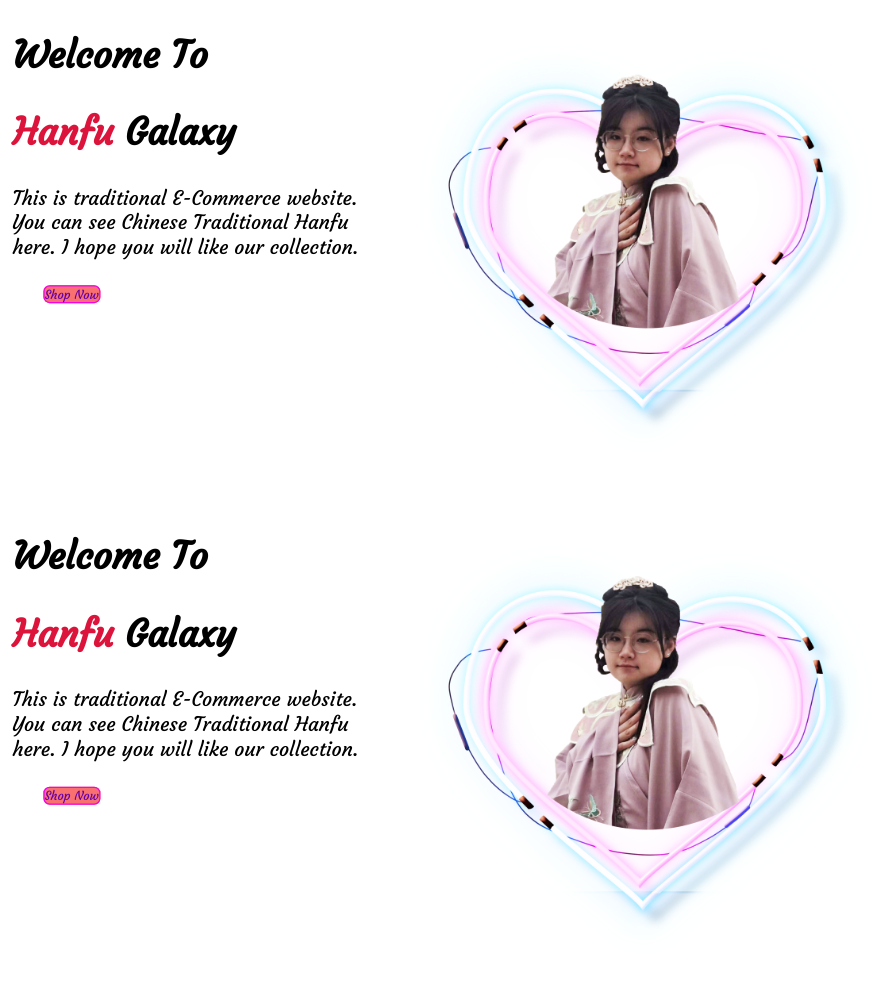
Repository: ramizraaz/E-Commerce
Page: index.html
These files come from the project's save history. The page is drawn as it stood at one moment and after the next save; the edit follows.
The browser window is 1280 px wide. The page is 1440 px wide, so the pictures cover 1440 px, including what lies to the right of the window. The pictures show the whole page, at 62% of full size.

Above is the page before, as saved 2022-02-06 21:11:51.

After the next save:
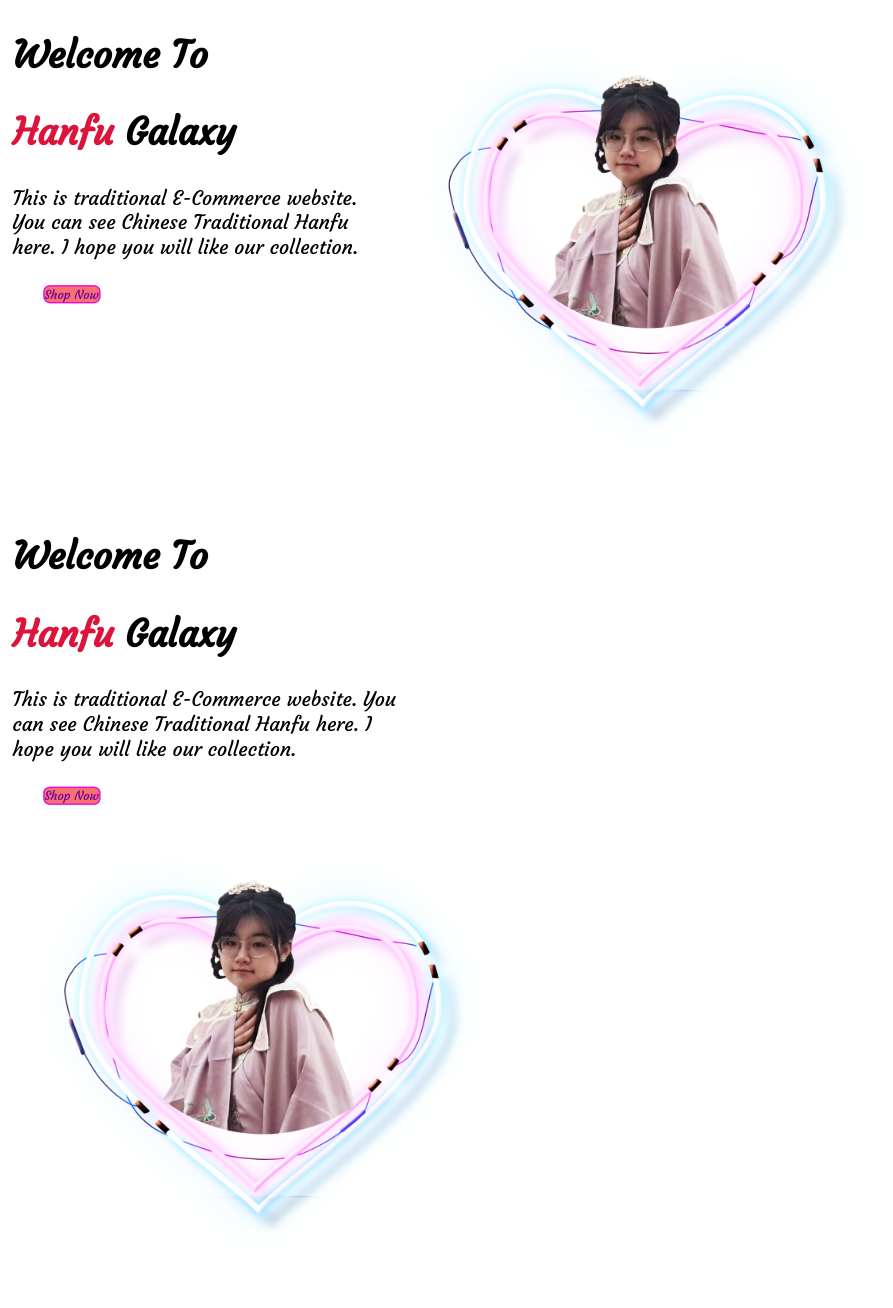
Saved 4 s later.
--- a/index.html
+++ b/index.html
@@ -22,7 +22,7 @@
             <img src="images/bg-1.png" alt="showart">
         </div>
     </section>
-    <section class="top">
+    <section class="mid">
         <div class="container">
             <h1>Welcome To </h1>
             <h1><span> Hanfu </span>Galaxy</h1>
